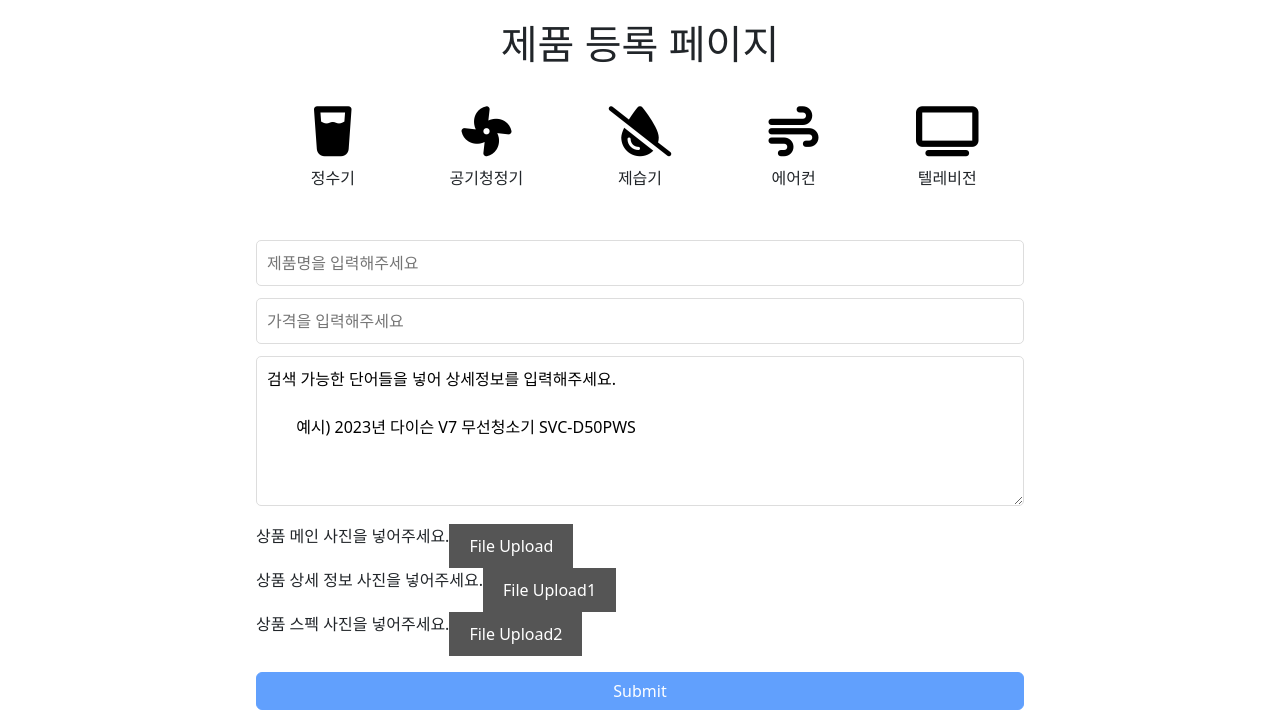
Repository: bbqju13/52si
Page: http://localhost/spring/WEB-INF/views/product/register.jsp
The author's editor kept a copy of each file at every save. The page is drawn from the files as they stood at one save, then again after a run of saves.
The browser window is 1280 px wide. The pictures show the whole page.
Some web libraries are served in a nearby version. The page is served by Tomcat 9. Nobody is signed in. The template is opened directly, without the code that normally fills it, so the values that code supplies are empty.

Above is the page before, as saved 2023-07-28 05:24:12.

After the next 2 saves:
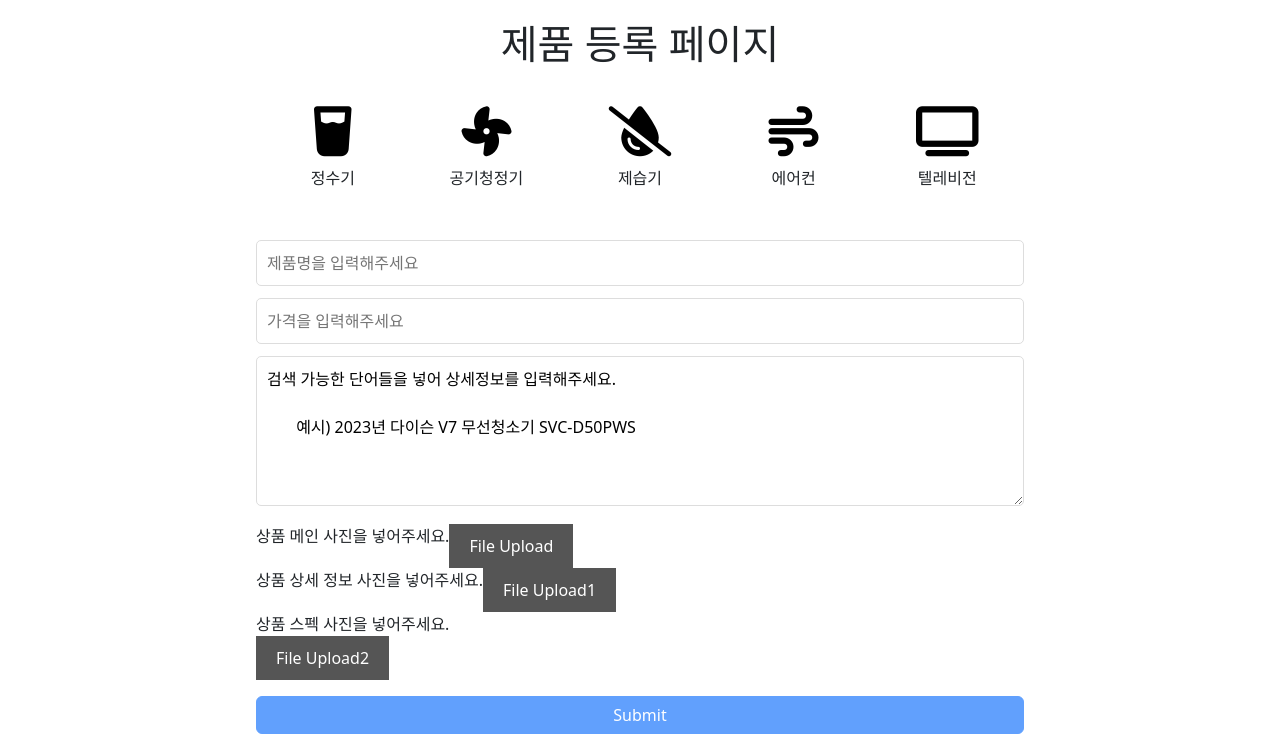
The 2 saves are shown as one change because they came seconds apart.
The last was saved 92 s later.
--- a/spring/src/main/webapp/WEB-INF/views/product/register.jsp
+++ b/spring/src/main/webapp/WEB-INF/views/product/register.jsp
@@ -75,8 +75,11 @@
        </div>
 
        <div class="fileDiv">
-	       상품 스펙 사진을 넣어주세요.<input type="file" id="files2" name="files" style="display: none" class="form-control" aria-label="file example" required> <br>
-	       <button type="button" id="trigger2">File Upload2</button> <br>
+       	   <div>
+       	   		상품 스펙 사진을 넣어주세요.<input type="file" id="files2" name="files" style="display: none" class="form-control" aria-label="file example" required> <br>
+	       		<button type="button" id="trigger2">File Upload2</button> <br>
+       	   </div>
+
 	       <div id="fileZone2">
 
 	       </div>
